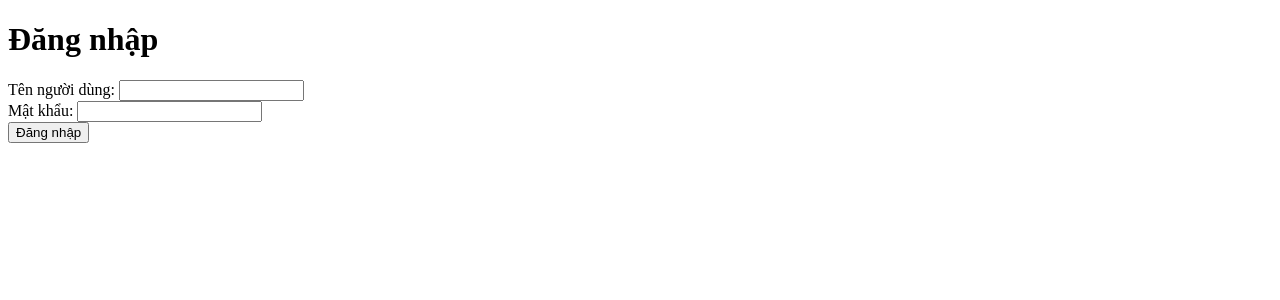
Repository: vnmk1/jsp_servlet-tutorials
Page: http://localhost/Bai8_BaiTapServlet/login.jsp
The author's editor kept a copy of each file at every save. The page is drawn from the files as they stood at one save, then again after the next save.
The browser window is 1280 px wide. The pictures show the whole page.
The page is served by Tomcat 9.

Above is the page before, as saved 2023-07-19 10:16:04.

### Bai8_BaiTapServlet/src/main/webapp/login.jsp
<%@ page language="java" contentType="text/html; charset=UTF-8"
	pageEncoding="UTF-8"%>
<!DOCTYPE html>
<html>
<head>
<meta charset="UTF-8">
<title>Insert title here</title>
</head>
<body>
	<form>
		<h1>Đăng nhập</h1>
		Tên người dùng: <input type = "text" name = "tenDangNhap" /> <br/>
		Mật khẩu: <input type = "password" name = "matKhau" /> <br/>
		<input type = "submit" value = "Đăng nhập"/>
	</form>
</body>
</html>

After the next save:
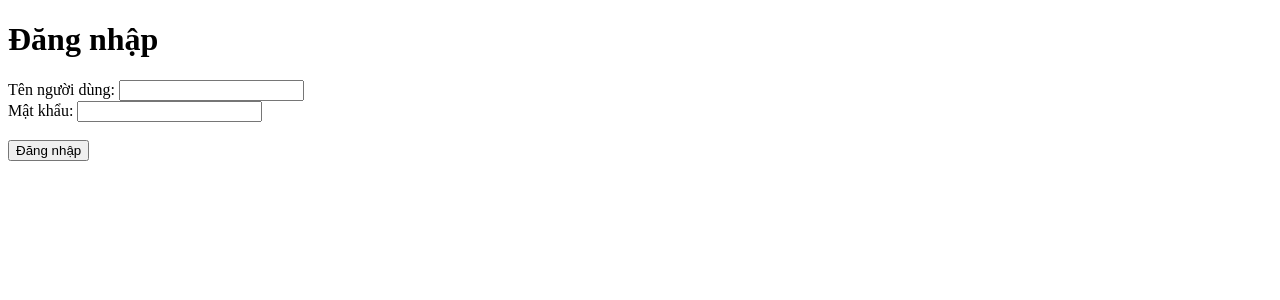
Saved 43 s later.
--- a/Bai8_BaiTapServlet/src/main/webapp/login.jsp
+++ b/Bai8_BaiTapServlet/src/main/webapp/login.jsp
@@ -10,7 +10,7 @@
 	<form>
 		<h1>Đăng nhập</h1>
 		Tên người dùng: <input type = "text" name = "tenDangNhap" /> <br/>
-		Mật khẩu: <input type = "password" name = "matKhau" /> <br/>
+		Mật khẩu: <input type = "password" name = "matKhau" /> <br/> <br/>
 		<input type = "submit" value = "Đăng nhập"/>
 	</form>
 </body>
